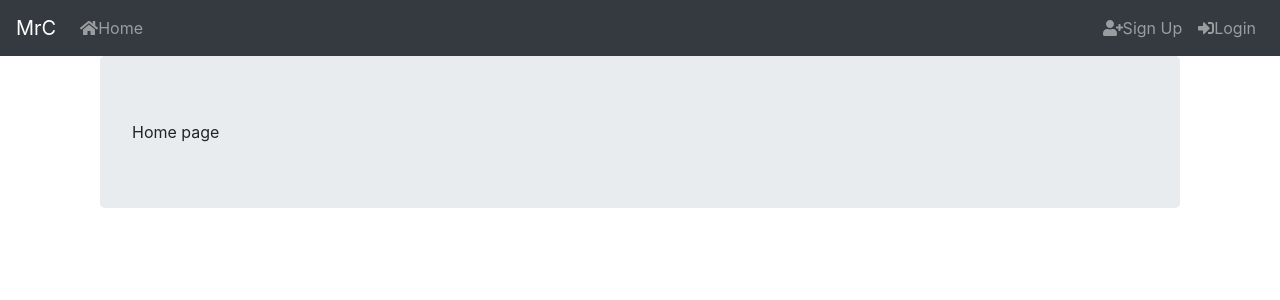
Repository: b-cedrick/laravel-project-login
Page: /home (app in frontend/)
The author's editor kept a copy of each file at every save. The page is drawn from the files as they stood at one save, then again after the next save.
The browser window is 1280 px wide. The pictures show the whole page.
The page's requests for data from a server got no answer. The project was rebuilt for these pictures with package versions that can differ from the ones it lists, and the page was loaded fresh each time. No one was signed in, and anything a server would have sent is missing. Also part of the build but not shown: frontend/webpack.config.js, frontend/src/models/user.js, frontend/src/components/js/login.js, frontend/src/components/views/Login.vue. Imported but missing from the stored project, and not drawn on this page: frontend/src/components/views/Register.vue.

Above is the page before, as saved 2020-12-04 10:23:12.

After the next save:
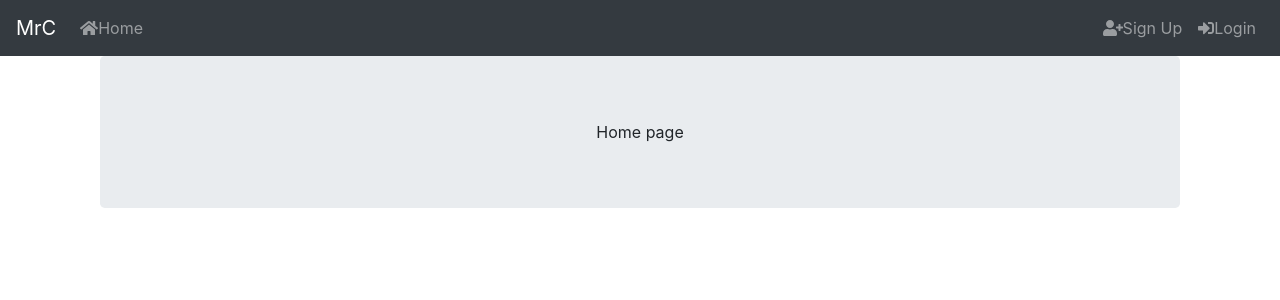
Saved 25 s later.
--- a/frontend/src/components/views/Home.vue
+++ b/frontend/src/components/views/Home.vue
@@ -1,7 +1,7 @@
 <template>
   <div class="container">
     <header class="jumbotron">
-      Home page
+      <div class="text-center">Home page</div>
       <!-- <h3>{{content}}</h3> -->
     </header>
   </div>
